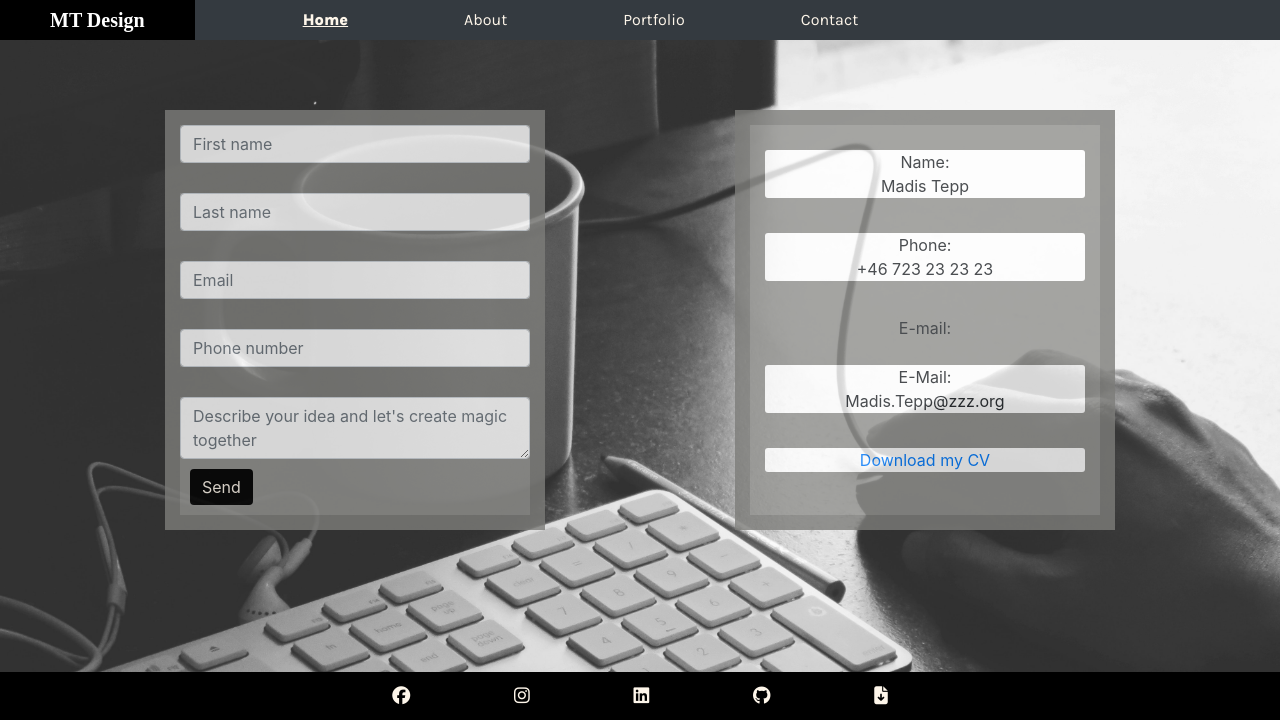
Repository: teppm/personal-portfolio
Page: contact.html
The author's editor kept a record of every edit. The page is drawn from the files as they stood at one moment, then again after the next edit.
The browser window is 1280 px wide. The pictures show the whole page.
Some web libraries are served in a nearby version.

Above is the page before.

After the next edit:
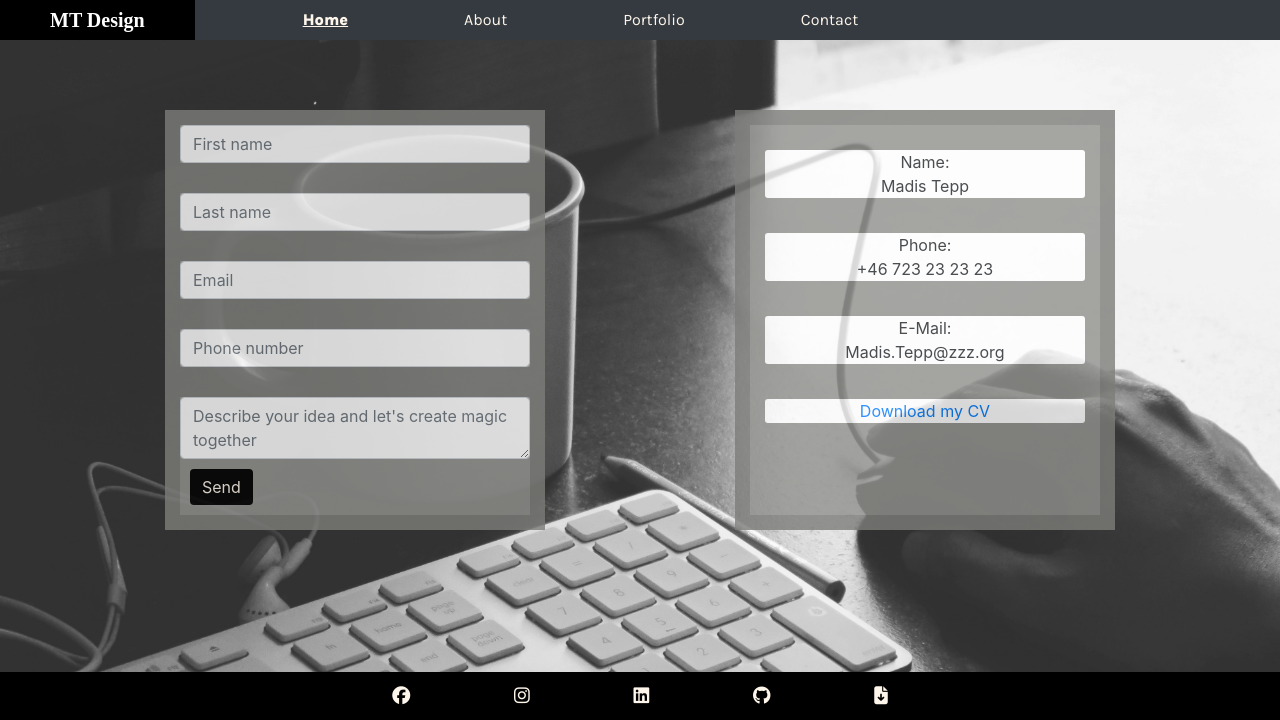
The edit:
--- a/contact.html
+++ b/contact.html
@@ -80,7 +80,6 @@
                 <ul class="contact-list">
                         <li class="contact-details">Name: <br>Madis Tepp</li>
                         <li class="contact-details">Phone: <br>+46 723 23 23 23</li>
-                        <li>E-mail:</li>
                         <li class="contact-details">E-Mail: <br>Madis.Tepp@zzz.org</li>
                     <div class="contact-details">
                         <a  class="contact-details" href="assets/images/Madis_Tepp_CV_2019.docx" target="_blank" class="download-resume">Download my CV</a>
